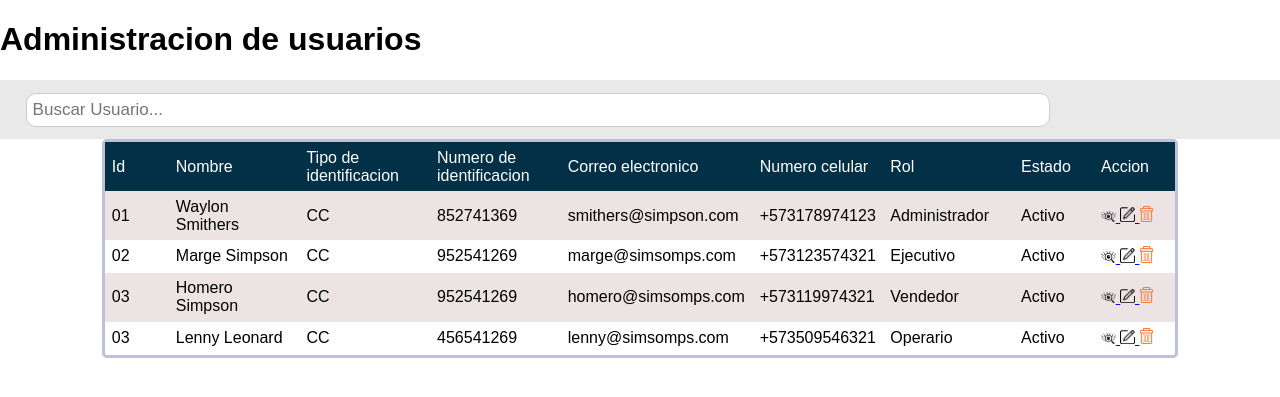
Repository: AlexanderBarona/Proyecto_Ciclo3_Mintic
Page: PaginaWeb/pages/admin_user.html
The author's editor kept a copy of each file at every save. The page is drawn from the files as they stood at one save, then again after the next save.
The browser window is 1280 px wide. The pictures show the whole page.

Above is the page before, as saved 2021-09-30 11:56:14.

After the next save:
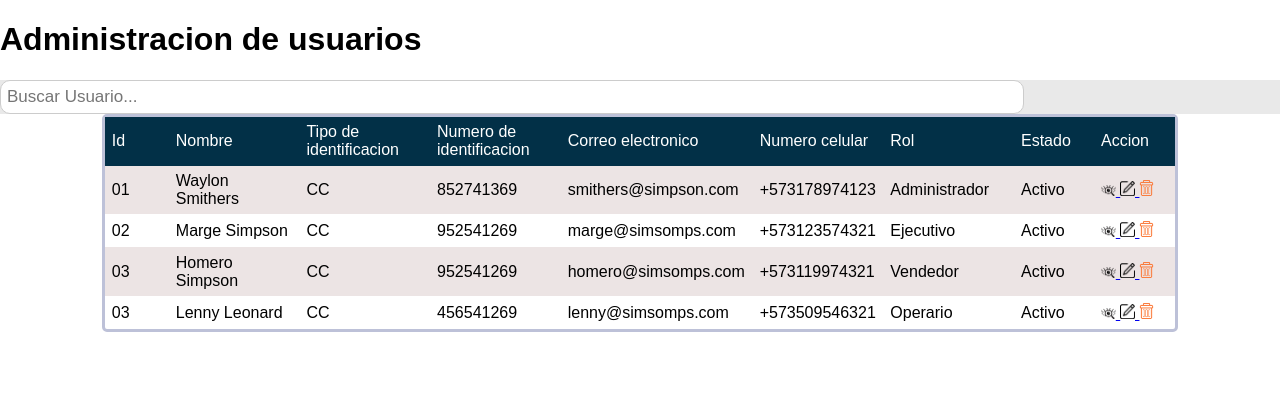
Saved 115 s later.
--- a/PaginaWeb/css/admin_user.css
+++ b/PaginaWeb/css/admin_user.css
@@ -43,11 +43,9 @@
     float: center;
     border-radius: 10px;
     border: 1px solid rgb(174, 204, 218);
+    margin: 0% auto;
     padding: 6px;
-    margin-top: 1%;
-    margin-right: 2%;
-    margin-left: 2%;
-    margin-bottom: 1%;
+
     font-size: 17px;
     width: 80%;
   }

After the 3 saves that followed:
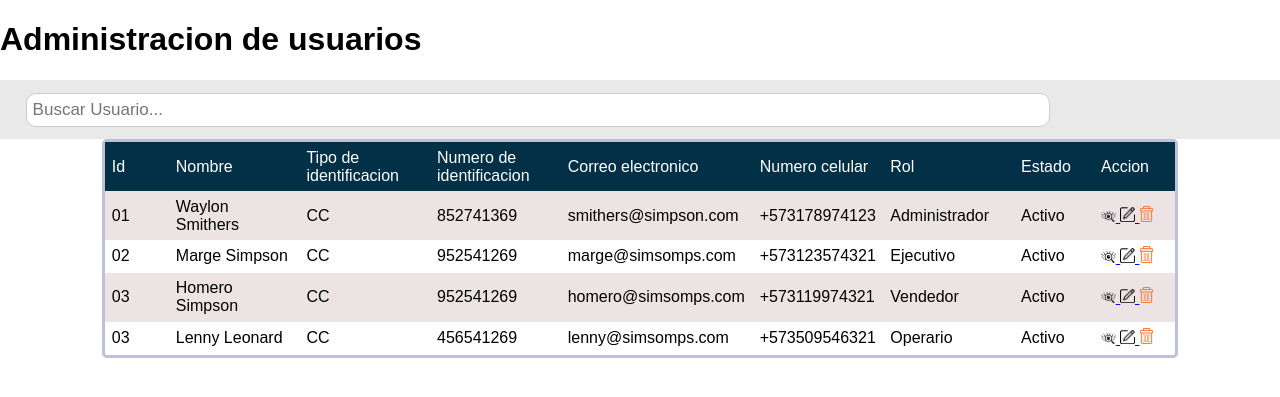
The 3 saves are shown as one change because 2 left the picture as it was.
The last was saved 81 s later.
--- a/PaginaWeb/css/admin_user.css
+++ b/PaginaWeb/css/admin_user.css
@@ -40,12 +40,14 @@
   }
 
   .Search input[type="text"] {
-    float: center;
+
     border-radius: 10px;
     border: 1px solid rgb(174, 204, 218);
-    margin: 0% auto;
     padding: 6px;
-
+    margin-top: 1%;
+    margin-right: 2%;
+    margin-left: 2%;
+    margin-bottom: 1%;
     font-size: 17px;
     width: 80%;
   }
